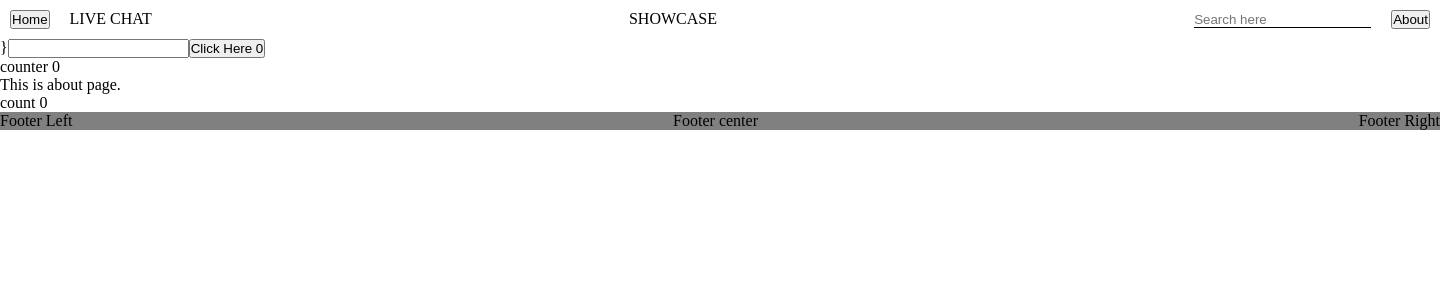
Repository: kapskadiya/ReactJS-NextJs-ExpressJs
Page: /about
These files come from the project's save history. The page is drawn as it stood at one moment and after a run of saves; the edit follows.
The browser window is 1280 px wide. The page is 1440 px wide, so the pictures cover 1440 px, including what lies to the right of the window. The pictures show the whole page.
The project was rebuilt for these pictures with package versions that can differ from the ones it lists, and the page was loaded fresh each time. The framework's server and built-in components were replaced by stand-ins that run in the browser. Also part of the build but not shown: next.config.js, components/SideBar.js, components/Main.js.

Above is the page before, as saved 2019-05-29 12:15:51.

### pages/_app.js
import App, {Container} from "next/app";
import Layout from "../components/Layout";
import ContextProvider from "../components/Context";
import Home from "../home";

export default class MyApp extends App {


    render() {
        const {Component, pageProps} = this.props;

        return (
            <Container>
                <ContextProvider>
                    <Home>
                        <Component {...pageProps}/>
                    </Home>
                </ContextProvider>
            </Container>
        )
    }
}

### pages/about.js
import React, { Component } from 'react';
import Header from '../components/Header';
import Layout from '../components/Layout';
import { withRouter } from 'next/router'
import Counter from '../components/Counter';
import Parent from '../components/Parent';

// export default class About extends Component {
//     render() {
//         return (
//             <div>
//                 <Layout content={<p>This is about page.</p>} />

//             </div>
//         )
//     }
// }
class About extends Component {
    render() {
        console.log("about",this.context)
        return (
            <div>
                <Counter/>
                <p>This is about page.</p>

            </div>
        )
    }
}

// const Page = () => <p>This is about page</p>

 export default About;

### components/Layout.js
import React, { Component } from 'react'
import Header from '../components/Header'
import { TosatContainer, toast} from 'react-toastify'
import 'react-toastify/dist/ReactToastify.css';
import Footer from './Footer';
import { ContextConsumer } from './Context'

const Layout = props => (
    <div className="container">
        <Header />
        {props.children}
        <ContextConsumer>
            { value => <p>count {value.count}</p> }
        </ContextConsumer>
        <Footer/>
    </div>
)

// export default class Layout extends Component {
//    notify(){
//        toast("Easy Psy!!");
//    }
//     render() {
//         return (
//             <div>
//                 <button onClick={this.notify}>Notify !</button>
//                 <TosatContainer/>
//                 <Header>
//                     {this.props.children}
//                 </Header>
//             </div>
//         )
//     }
// }

// const Layout = props => {
//     return(
//     <div>
//         <Header>
//         <button onClick={this.notify}>Notify !</button>
//         <TosatContainer/>
//         {props.children}
//         </Header>
//     </div>
// )}



// const Layout = Page => {
//     return () => (
//     <div>
//         <Header>
//             <Page />
//         </Header>
//     </div>
// )}

export default Layout;

### components/Context.js
import React, { Component } from 'react'

export const Context = React.createContext();

export const ContextConsumer = Context.Consumer;

export default class ContextProvider extends Component {
    constructor(props) {
        super(props)
        this.state = {
            count: 0,
            actions:{
                getData : this.getData
            }
        }
        this.getData = this.getData.bind(this);
    }


    getData = () =>{
        this.setState({
            count: this.props.counte
        });
    }

    render() {
        console.log("heloo context", this.props.counte);

        return (
            <Context.Provider value={this.state}>
                {this.props.children}
            </Context.Provider>
        )
    }
}

### home.jsx
import React, {Component} from 'react'
import ContextProvider from './components/Context'
import Header from './components/Header'
import SideBar from './components/SideBar'
import Main from './components/Main'
import Layout from './components/Layout';

export default class Home extends Component {
    render() {
        return (
            <ContextProvider>
                <div className="fluid_container">
                    <Layout>
                        {this.props.children}
                    </Layout>
                </div>
                <style global jsx>
                    {
                        ` .fluid_container {
                            width: 100%;
                            margin: 0 auto;

                        }
                        .container{
                            width: 1440px;
                            margin: 0 auto;
                        }
                        *{
                            margin: 0;
                            padding: 0;
                        }
                        .border {
                            border: 1px solid black;
                        }
                        .header {
                            display: flex;
                            justify-content: space-between;

                        }
                        .header-corner {
                            display: flex;
                        }
                        .header-child {
                            padding: 10px;
                        }
                        .header-child input[type="text"] {
                            border: none;
                            border-bottom: 1px solid black;
                            outline: none;
                        }

                         `
                    }</style>
            </ContextProvider>
        )
    }
}

### components/Header.js
import React, {Component} from 'react'
import Context from './Context'
import Link from 'next/link'

export default class Header extends Component {

    render() {
        return (
            <div className="header">
                <div className="header-corner">
                    <div className="header-child">
                        <Link href="/">
                            <button>Home</button>
                        </Link>
                    </div>
                    <div className="header-child">
                        LIVE CHAT
                    </div>
                </div>
                <div className="header-child">
                    SHOWCASE
                </div>
                <div className="header-corner">
                    <div className="header-child">
                        <input type="text" placeholder="Search here"/>
                    </div>
                    <div className="header-child">
                        <Link href="/about">
                            <button>About</button>
                        </Link>
                    </div>

                </div>
            </div>
        )
    }
}

### components/Counter.js
import React, { Component } from 'react'
import ContextProvider, { ContextConsumer } from './Context'
import Parent from './Parent';


class Counter extends Component {
    constructor(props) {
        super(props)

        this.state = {
             "count":0
        }

        this.clickHandler = this.clickHandler.bind(this);
    }

    clickHandler(){

        this.setState({count :this.state.count+1});

    }

    render() {
        const co = this.state.count;
        return (
            <div>
            <ContextConsumer>
                {
                    value => {
                        return (
                        <>
                        <Parent></Parent>
                        <button onClick={this.clickHandler}>Click Here {this.state.count}</button>

                        <p>counter {value.count} </p>
                        <ContextProvider counte={this.state.count}/>

                        </>
                        )
                    }
                }
            </ContextConsumer>
            </div>
        )
    }

}

const withContext = (Component) => {
    return (props) => {
        <ContextConsumer>
            {(context) => {
                <Component {...props} context={context}/>}}
        </ContextConsumer>
    }
}

export default Counter;

### components/Parent.js
import React, { Component } from 'react'
import MyContext from "./MyContext";
import Child from "./Child";

export default class Parent extends Component {

    constructor(props) {
      super(props);
      this.state = {
        Message: "Welcome React",
        ReturnMessage:""
      };
    }

    updateValue = (key, val) => {
       this.setState({[key]: val});
    }

    render() {
        return (
           <MyContext.Provider value={{state: this.state, updateValue: this.updateValue}}>
              <Child />
           </MyContext.Provider>
       )
    }
}

### components/Footer.js
import React, { Component } from 'react'
import s from './footer.module.css'

export default class Footer extends Component {
    render() {
        console.log(s.footer);
        return (
            <div className={s.footer}>
                <div>
                    <p>Footer Left</p>
                </div>
                <div className={s.footer_left}>
                    <p>Footer center</p>
                </div>
                <div>
                    <p>Footer Right</p>
                </div>

            </div>
        )
    }
}

### components/MyContext.js
import React from "react";

const MyContext = React.createContext('test');
export default MyContext;

### components/Child.js
import React, { Component } from 'react'
import MyContext from "./MyContext";

class Child extends Component {

    constructor(props) {
      super(props);
      this.state = {
        ReturnMessage:""
      };
    }

    ClearData(e){
        const val = e.target.value;
        this.setState({
           ReturnMessage:val
        });
        this.props.context.updateValue('ReturnMessage', val);
    }

    render() {
        return (
           <React.Fragment>
             <p>{this.props.context}</p>}
             <input onChange={this.ClearData} />
           </React.Fragment>
       )
    }
}

const withContext = (Component) => {
   return (props) => {
       <MyContext.Consumer>
            {(context) => {
               return <Component {...props} context={context} />
            }}
       </MyContext.Consumer>
   }
}

export default Child;

### components/footer.module.css
.footer{
    display: flex;
    justify-content: space-between;
    background: gray;
}

.footer_left{
    text-align: center;
}

After the next 2 saves:
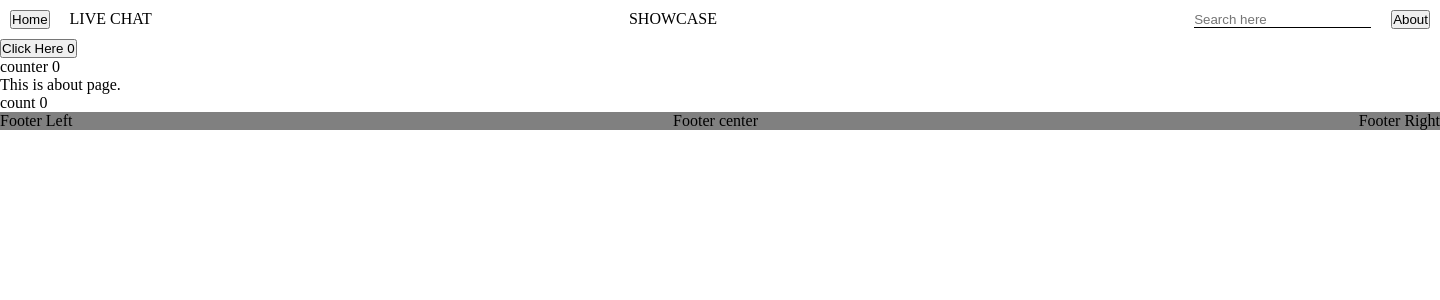
The 2 saves are shown as one change because 1 did not build or start.
The last was saved 54 s later.
--- a/components/Counter.js
+++ b/components/Counter.js
@@ -29,7 +29,7 @@ class Counter extends Component {
                     value => {
                         return (
                         <>
-                        <Parent></Parent>
+
                         <button onClick={this.clickHandler}>Click Here {this.state.count}</button>
 
                         <p>counter {value.count} </p>
--- a/components/Child.js
+++ b/components/Child.js
@@ -21,7 +21,7 @@ class Child extends Component {
     render() {
         return (
            <React.Fragment>
-             <p>{this.props.context}</p>}
+             <p>{this.props.context.state.Message}</p>}
              <input onChange={this.ClearData} />
            </React.Fragment>
        )
@@ -38,4 +38,4 @@ const withContext = (Component) => {
    }
 }
 
-export default Child;
+export default withContext(Child);
